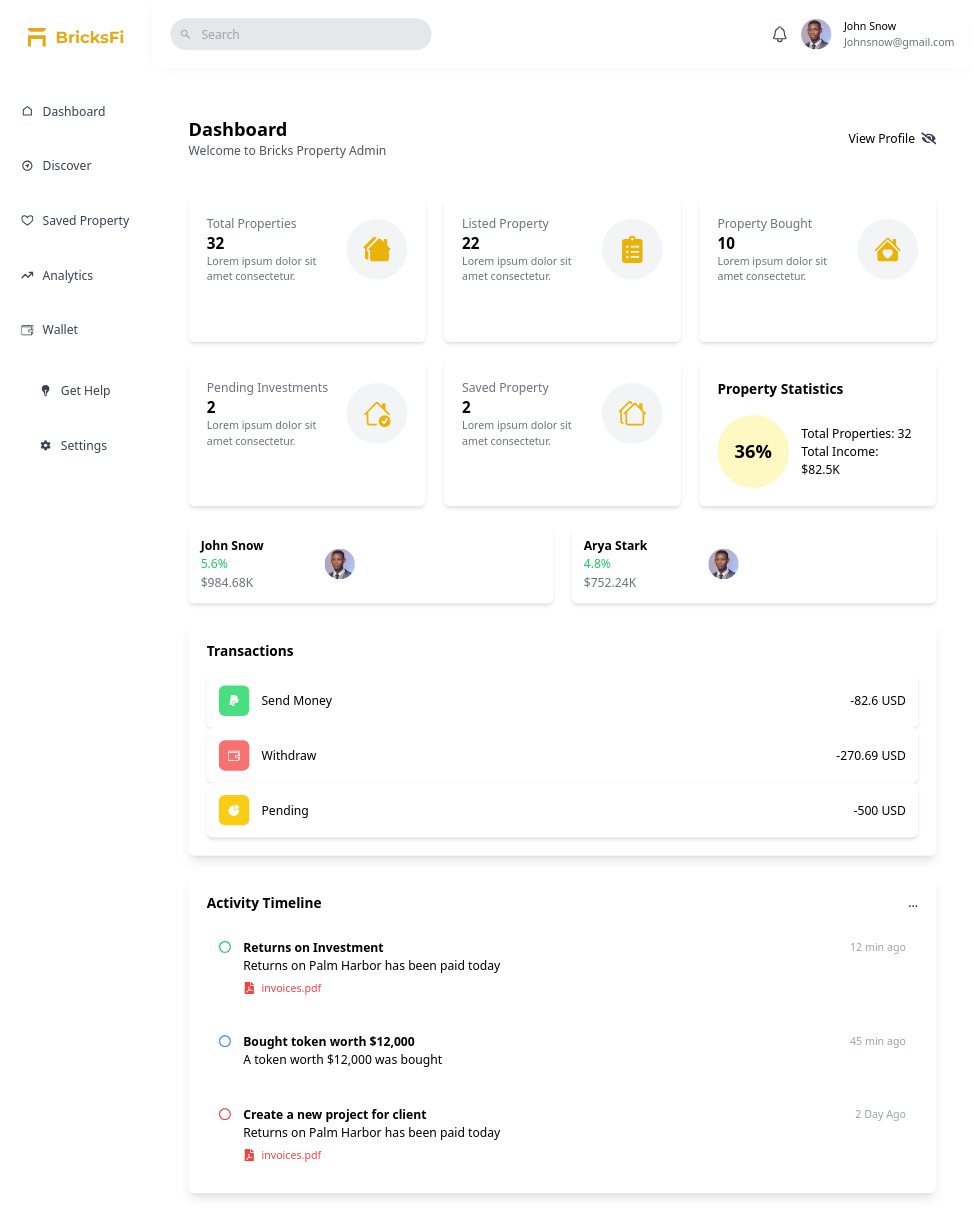
Repository: AyomideAkintade/BricksFi-Frontend
Page: /dashboard (app in client/)
These files come from the project's save history. The page is drawn as it stood at one moment and after the next save; the edit follows.
The browser window is 1280 px wide. The pictures show the whole page, at 76% of full size.
The page's requests for data from a server got no answer. The project was rebuilt for these pictures with package versions that can differ from the ones it lists, and the page was loaded fresh each time. No one was signed in, and anything a server would have sent is missing. Also part of the build but not shown: client/src/components/navbar.jsx, client/src/components/home.jsx, client/src/components/homeSecond.jsx, client/src/components/homeThird.jsx, client/src/components/homeFifth.jsx, client/src/components/homeSixth.jsx, client/src/components/homeSeventh.jsx, client/src/api/base.js and 11 more.

Above is the page before, as saved 2024-10-04 23:10:58.

After the next save:
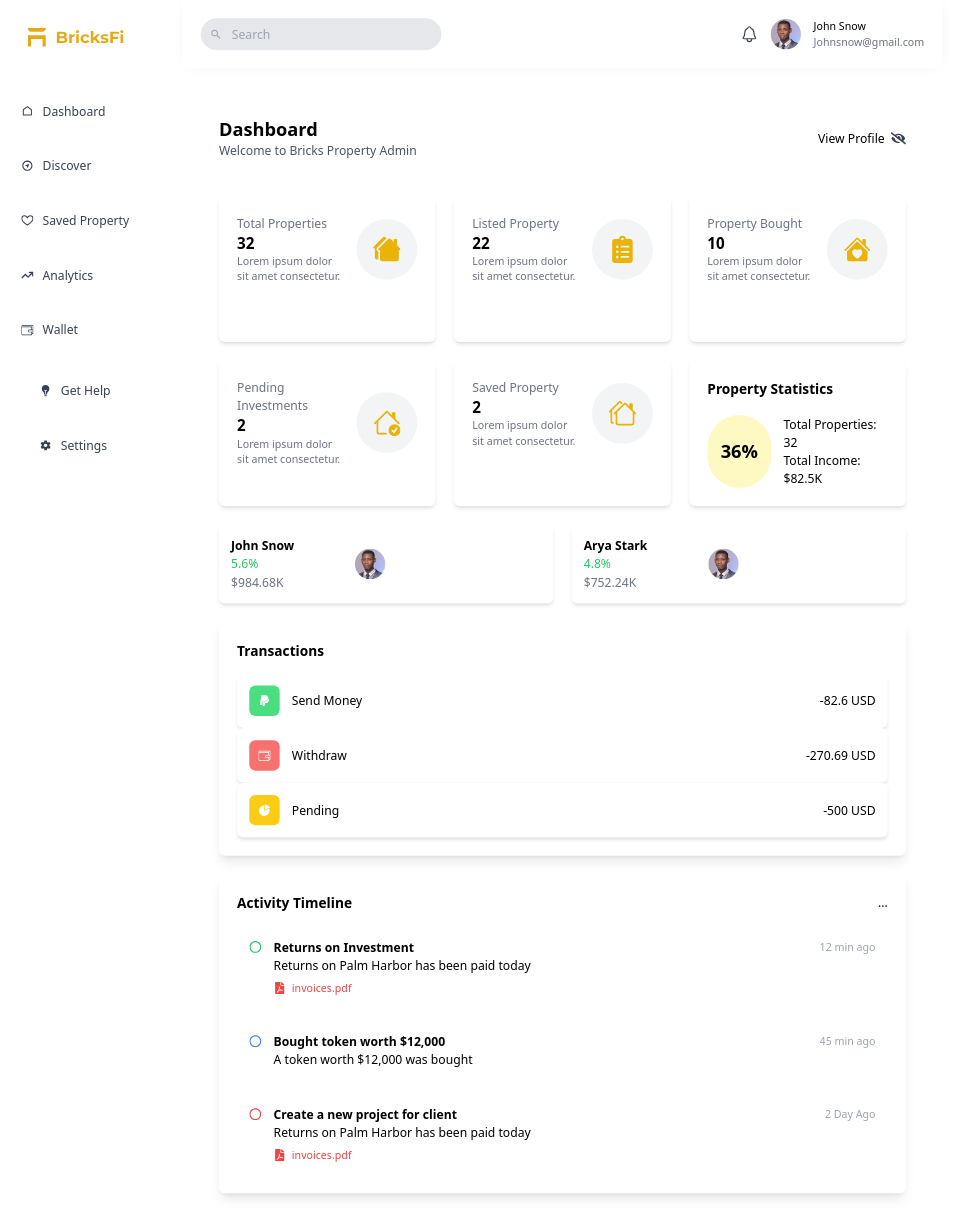
Saved 13 s later.
--- a/client/src/pages/dashboardLayout.jsx
+++ b/client/src/pages/dashboardLayout.jsx
@@ -9,7 +9,7 @@
       {/* Sidebar */}
       <Sidebar />
 
-      <div className="flex-1 ml-[200px]">
+      <div className="flex-1 ml-[200px] px-10">
         {/* Header */}
         <Header />
 

After the save that followed:
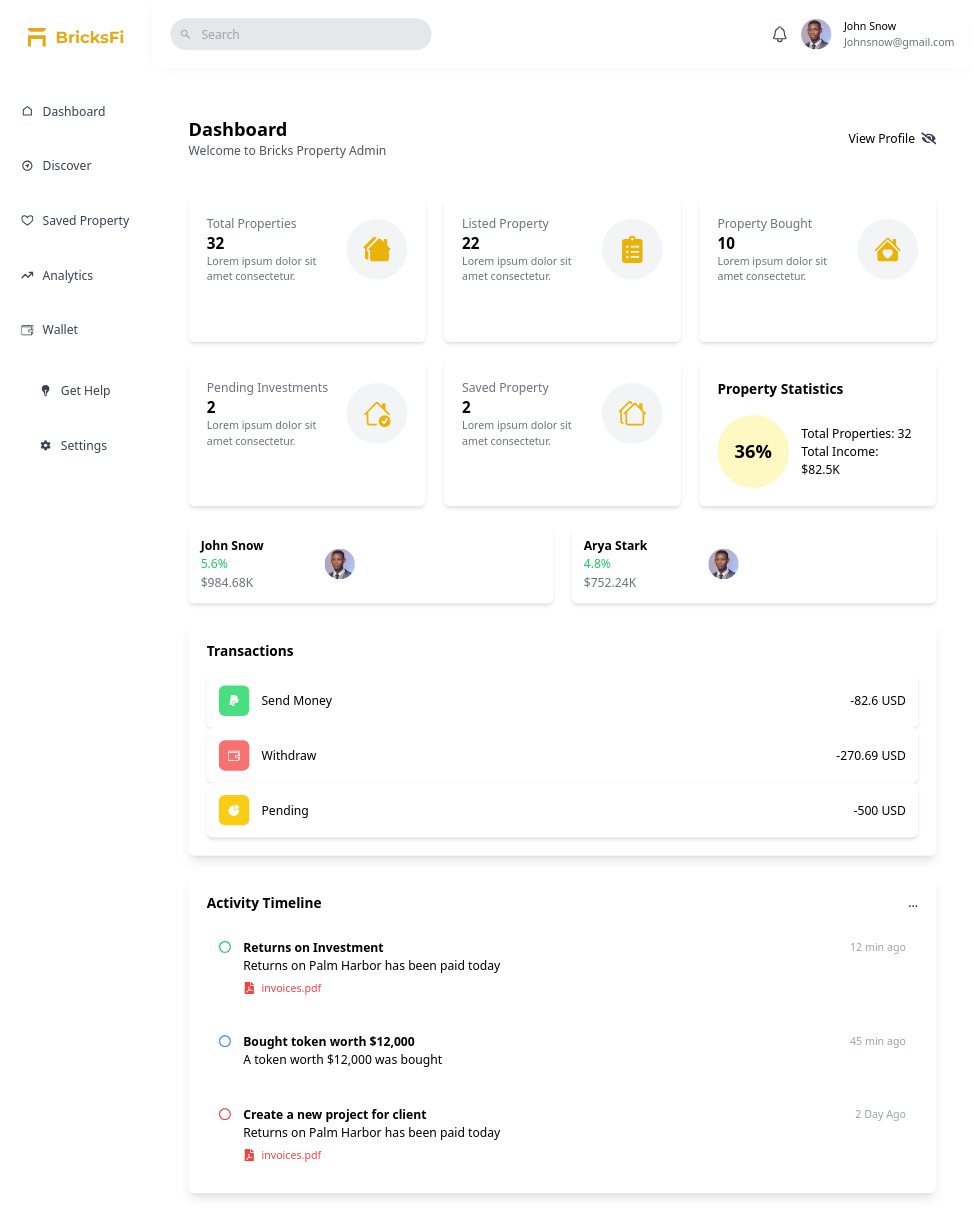
Saved 8 s later.
--- a/client/src/pages/dashboardLayout.jsx
+++ b/client/src/pages/dashboardLayout.jsx
@@ -9,7 +9,7 @@
       {/* Sidebar */}
       <Sidebar />
 
-      <div className="flex-1 ml-[200px] px-10">
+      <div className="flex-1 ml-[200px]">
         {/* Header */}
         <Header />
 
